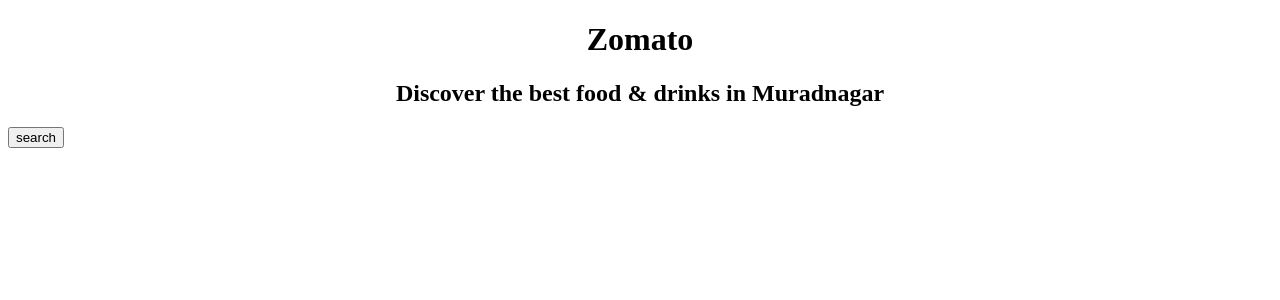
Repository: nepali2385/FUll-stack-practice
Page: Zomato/zomato.html
The author's editor kept a copy of each file at every save. The page is drawn from the files as they stood at one save, then again after the next save.
The browser window is 1280 px wide. The pictures show the whole page.

Above is the page before, as saved 2024-08-27 16:47:50.

After the next save:
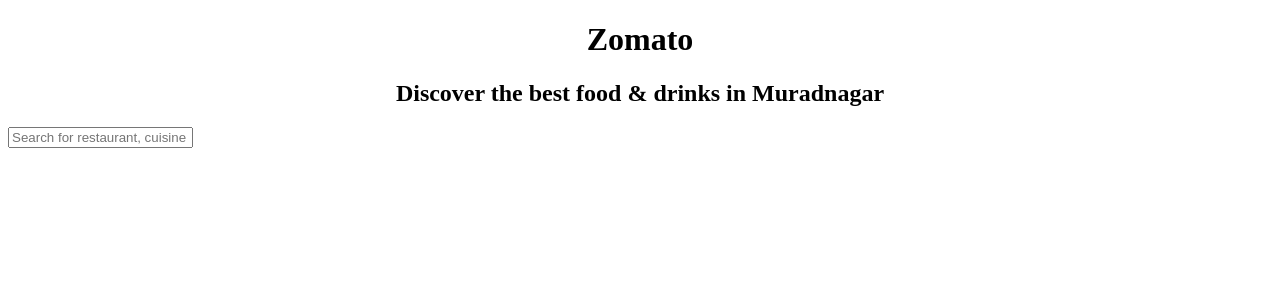
Saved 64 s later.
--- a/Zomato/zomato.html
+++ b/Zomato/zomato.html
@@ -13,7 +13,7 @@
 
     <h2 align="center">Discover the best food & drinks in Muradnagar</h2>
 
-<button type="submit" width="100px" placeholder="search for restaurant,cuisine or a dish">search</button></div>
+    <input placeholder="Search for restaurant, cuisine or a dish" class="sc-cfWELz dNsjnP" value=""></div>
     <div></div>
     <div></div>
     <div></div>
